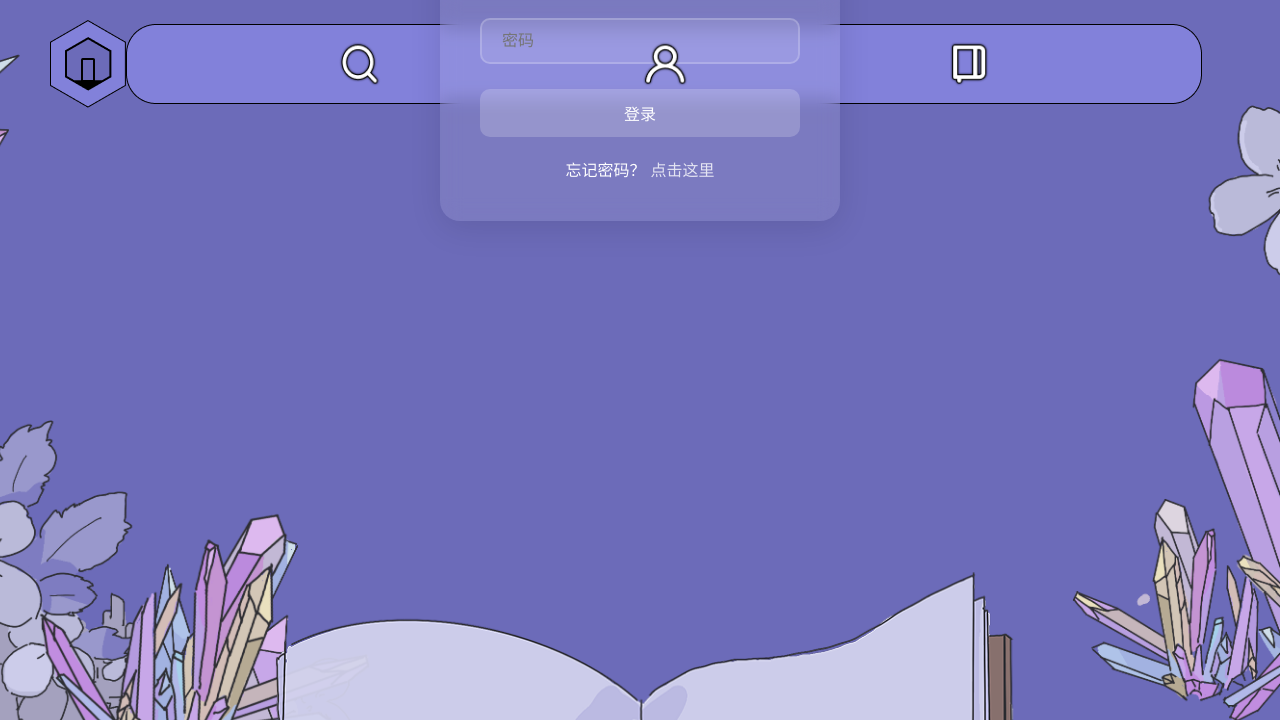
Repository: carolmmc/BabelLibrary
Page: find 登陆页.html
The author's editor kept a copy of each file at every save. The page is drawn from the files as they stood at one save, then again after the next save.
The browser window is 1280 px wide. The pictures show the whole page.

Above is the page before, as saved 2025-05-08 23:00:50.

After the next save:
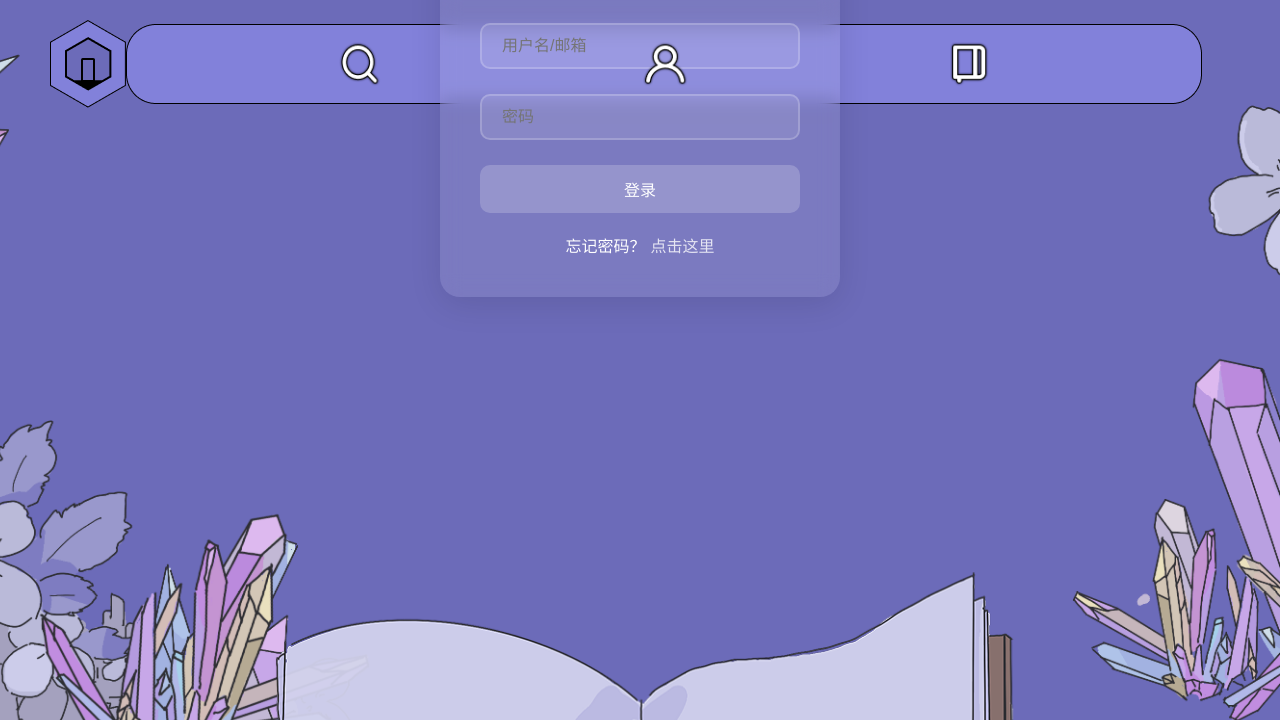
Saved 55 s later.
--- a/find 登陆页.html
+++ b/find 登陆页.html
@@ -87,7 +87,7 @@
 
         .content-center {
             position: absolute;
-            top: 40%;
+            top: 80%;
             left: 50%;
             transform: translate(-50%, -50%);
             text-align: center;
@@ -146,7 +146,6 @@
             padding: 40px;
             border-radius: 20px;
             box-shadow: 0 8px 32px rgba(0, 0, 0, 0.1);
-            margin-top: -50px; /* 可以通过正负值调整上下位置 */
             width: 400px;
             z-index: 3;
         }

After the save that followed:
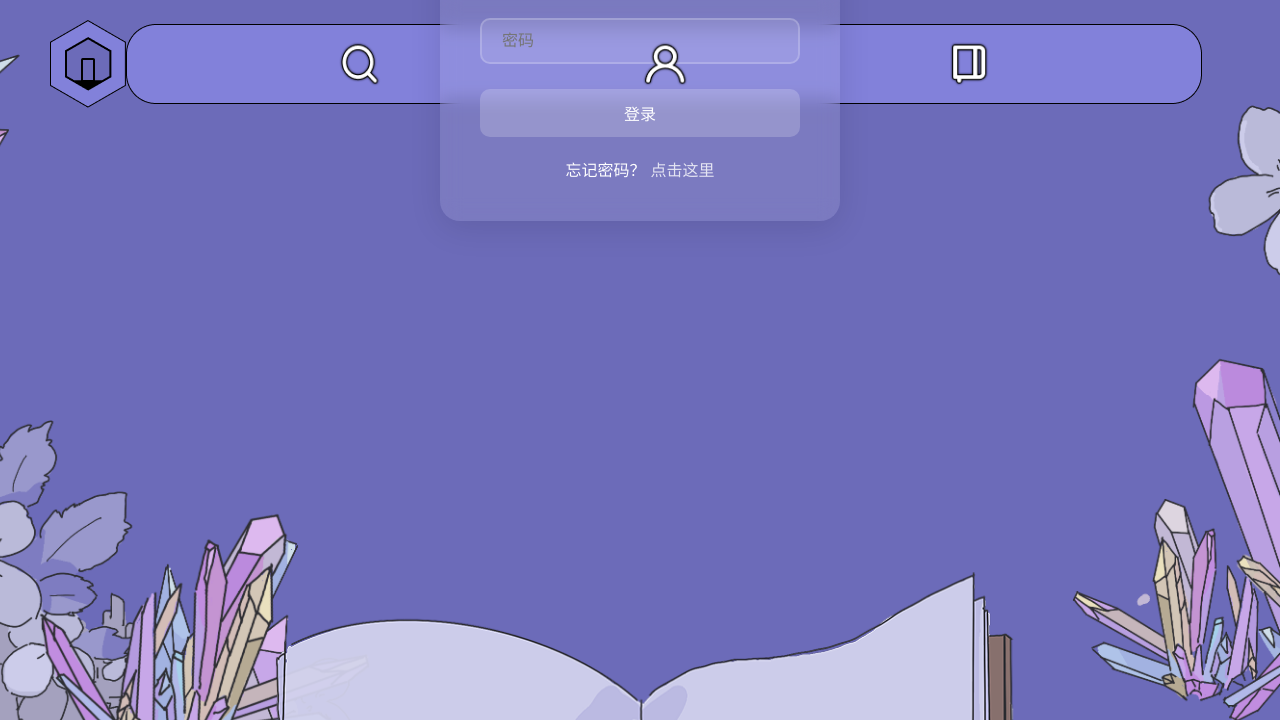
Saved 4 min 17 s later.
--- a/find 登陆页.html
+++ b/find 登陆页.html
@@ -87,7 +87,7 @@
 
         .content-center {
             position: absolute;
-            top: 80%;
+            top: 40%; /* 调整整体位置偏上一些 */
             left: 50%;
             transform: translate(-50%, -50%);
             text-align: center;
@@ -146,6 +146,7 @@
             padding: 40px;
             border-radius: 20px;
             box-shadow: 0 8px 32px rgba(0, 0, 0, 0.1);
+            margin-top: -50px; /* 可以通过正负值调整上下位置 */
             width: 400px;
             z-index: 3;
         }
